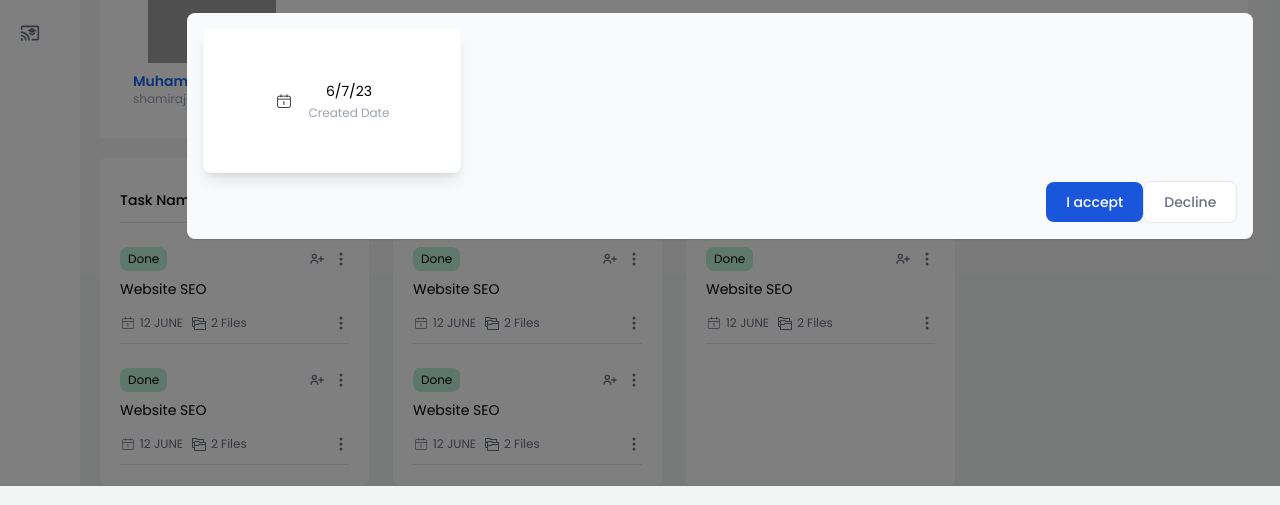
Repository: Shamraiz761/Frontend-Assessment
Page: /, after clicking the first element matching `button.bg-white`
The author's editor kept a copy of each file at every save. The page is drawn from the files as they stood at one save, then again after the next save.
The browser window is 1280 px wide. The pictures show the part of the page from y = 234 to 739 px (the page is 739 px tall).
Pictures or frames that could not be fetched are drawn as grey boxes. The project was rebuilt for these pictures with package versions that can differ from the ones it lists, and the page was loaded fresh each time. Also part of the build but not shown: vite.config.js. Imported but missing from the stored project, and not drawn on this page: src/pages/auth/login.

Above is the page before, as saved 2023-06-09 13:42:46.

### src/main.jsx
import ReactDOM from 'react-dom/client'

import React from 'react'

import App from './App.jsx'
import './index.css'

ReactDOM.createRoot(document.getElementById('root')).render(
  <React.StrictMode>
    <App />
  </React.StrictMode>,
)

### src/App.jsx
import React from 'react'
import { DndProvider } from 'react-dnd'
import { HTML5Backend } from 'react-dnd-html5-backend'
import 'flowbite'

import AppRoutes from './routes'

export default function App() {
  return (
    <DndProvider backend={HTML5Backend}>
      <AppRoutes />
    </DndProvider>
  )
}

### src/index.css
@import url("https://fonts.googleapis.com/css2?family=Poppins:wght@400;500;600;700;800;900&display=swap");

@tailwind base;
@tailwind components;
@tailwind utilities;

* {
  margin: 0;
  padding: 0;
}

body {
  margin: 0;
  font-family: "Poppins", -apple-system, BlinkMacSystemFont, "Segoe UI",
    "Roboto", "Oxygen", "Ubuntu", "Cantarell", "Fira Sans", "Droid Sans",
    "Helvetica Neue", sans-serif;
  -webkit-font-smoothing: antialiased;
  -moz-osx-font-smoothing: grayscale;
  width: 100vw;
  overflow-x: hidden;
  background-color: #f2f5f3;
  /* background: linear-gradient(180deg, #faefe8 0%, #edc7ac 100%); */
}

code {
  font-family: source-code-pro, Menlo, Monaco, Consolas, "Courier New",
    monospace;
}

.pointer-cursor {
  cursor: pointer;
}

.cusBorder {
  border: 1px solid #000;
  border-radius: 5px;
}

img {
  cursor: pointer;
}
.errors {
  color: #dc3545;
  padding: 0;
  margin: 0;
  font-size: 12px;
}
.loader {
  position: fixed;
  top: 0;
  bottom: 0;
  left: 0;
  right: 0;
  background-color: rgba(47, 151, 161, 0.32);

  display: flex;
  justify-content: center;
  align-items: center;
}

.link {
  color: #000;
  cursor: pointer;
  text-decoration: none;
}
.link:hover {
  color: #000;
}

.trans-btn {
  background-color: transparent;
  border: none;
}
.profile-logout-btn {
  border: 0;
}
.profile-logout-btn:hover {
  border: 0;
}
.profile-btn {
  border-radius: 0;
  border: 0;
}
.logout-btn {
  border-radius: 0;
  border: 0;
}
.logout-btn:hover {
  background-color: rgba(220, 53, 69, 0.5);
  border: 0;
  color: #fff;
}
.breadcrumbs ul {
  list-style: none;
  display: inline-block;
}

.breadcrumbs ul li {
  display: inline;
}

.breadcrumbs ul li .bc-link {
  /* display: block; */
  width: max-content;
  background-color: #f8f9fa;
  padding: 6px 15px 6px 25px;
  text-align: center;
  position: relative;
  margin: 0 10px 0 0;
  font-size: 15px;
  text-decoration: none;
  color: #000;
}
.breadcrumbs ul li .bc-link::after {
  content: "";
  border-top: 17px solid transparent;
  border-bottom: 17px solid transparent;
  border-left: 17px solid #f8f9fa;
  position: absolute;
  top: 0;
  right: -17px;
  z-index: 1;
}
.breadcrumbs ul li .bc-link::before {
  content: "";
  border-top: 17px solid transparent;
  border-bottom: 17px solid transparent;
  border-left: 17px solid #71cdd5;
  position: absolute;
  top: 0;
  left: 0;
}
.breadcrumbs ul li:first-child .bc-link {
  border-top-left-radius: 5px;
  border-bottom-left-radius: 5px;
}
.breadcrumbs ul li:first-child .bc-link::before {
  display: none;
}

.breadcrumbs ul li:last-child .bc-link {
  padding-right: 20px;
  border-top-right-radius: 5px;
  border-bottom-right-radius: 5px;
}
.breadcrumbs ul li:last-child .bc-link::after {
  display: none;
}

@media screen and (max-width: 500px) {
  .breadcrumbs ul li .bc-link {
    /* display: block; */
    padding: 2px 2px 2px 13px;
    /* margin: 0 10px 0 0; */
    font-size: 14px;
  }

  .breadcrumbs ul li .bc-link::after {
    content: "";
    border-top: 11.6px solid transparent;
    border-bottom: 11.6px solid transparent;
    border-left: 11.6px solid #f8f9fa;
    position: absolute;
    top: 0;
    right: -11.6px;
    z-index: 1;
  }
  .breadcrumbs ul li .bc-link::before {
    content: "";
    border-top: 11.6px solid transparent;
    border-bottom: 11.6px solid transparent;
    border-left: 11.6px solid #71cdd5;
    position: absolute;
    top: 0;
    left: 0;
  }
  .breadcrumbs ul li:last-child .bc-link {
    padding-right: 5px;
  }
}

@media screen and (max-width: 350px) {
  .breadcrumbs ul li .bc-link {
    /* display: block; */
    padding: 2px 2px 2px 12px;
    /* margin: 0 10px 0 0; */
    font-size: 10px;
  }

  .breadcrumbs ul li .bc-link::after {
    content: "";
    border-top: 9px solid transparent;
    border-bottom: 9px solid transparent;
    border-left: 9px solid #f8f9fa;
    position: absolute;
    top: 0;
    right: -9px;
    z-index: 1;
  }
  .breadcrumbs ul li .bc-link::before {
    content: "";
    border-top: 9px solid transparent;
    border-bottom: 9px solid transparent;
    border-left: 9px solid #edc7ac;
    position: absolute;
    top: 0;
    left: 0;
  }
  .breadcrumbs ul li:last-child .bc-link {
    padding-right: 5px;
  }
}

/* ********************************************** */

### src/routes/index.jsx
import {
  createBrowserRouter,
  createRoutesFromElements,
  RouterProvider,
  Route,
} from "react-router-dom";

import * as React from "react";

import Layout from "./layout";
import Root from "./root";

import Home from "../pages/dashboard";
import Login from "../pages/auth/login";
import Header from "../components/header/index";

export default function AppRoutes() {
  const router = createBrowserRouter(
    createRoutesFromElements(
      <Route path="/" element={<Root />}>
        <Route path="/login" element={<Login />} />

        <Route element={<Layout />}>
          <Route path="/" element={<Home />} />
        </Route>
      </Route>
    )
  );

  return <RouterProvider router={router} />;
}

### src/routes/layout.jsx
import { Link, Outlet, useNavigate } from "react-router-dom";
import { Gi3DGlasses } from "react-icons/gi";
import { CgProfile } from "react-icons/cg";
import { BsArrowLeft, BsFillChatSquareTextFill } from "react-icons/bs";
import { MdOutlineDashboard, MdOutlineCastForEducation } from "react-icons/md";

import React, { useState } from "react";
import Header from "../components/header/index";

export default function Layout() {
  const [open, setOpen] = useState(false);
  const [type, setType] = useState(false);
  const navigate = useNavigate();
  return (
    <div>
      {/* {loading && <LoadingSpinner asOverlay />} */}
      <div
        className={` h-screen bg-white  p-3 ${
          open ? "w-56" : "w-20"
        } fixed top-0 sidebar z-50`}
      >
        {/* Logo */}

        <div className="flex flex-row justify-center">
          <svg
            width="67"
            height="67"
            viewBox="0 0 67 67"
            fill="none"
            xmlns="http://www.w3.org/2000/svg"
            className={` text-4xl block float-left cursor-pointer rounded duration-500 ${
              !open && "rotate-[360deg]"
            }`}
            onClick={() => {
              setOpen(!open);
              setType(false);
            }}
          >
            <path
              d="M22.138 15.2984L30.8759 24.0363C32.3276 25.488 34.7005 25.488 36.1522 24.0363L44.8901 15.2984C47.2351 12.9534 45.588 8.90552 42.238 8.90552H24.7622C21.4401 8.90552 19.7651 12.9534 22.138 15.2984Z"
              fill="#208FF5"
            />
            <path
              d="M22.138 51.7017L30.8759 42.9637C32.3276 41.5121 34.7005 41.5121 36.1522 42.9637L44.8901 51.7017C47.2351 54.0467 45.588 58.0946 42.238 58.0946H24.7622C21.4401 58.0946 19.7651 54.0467 22.138 51.7017Z"
              fill="#208FF5"
            />
            <path
              d="M6.03002 31.9088L12.423 21.8588C13.428 20.2676 15.6614 20.0163 17.0014 21.3563L27.0514 31.4063C28.1959 32.5509 28.1959 34.4213 27.0514 35.5659L17.0014 45.6159C15.6614 46.9559 13.456 46.7047 12.423 45.1134L6.03002 35.0634C5.44377 34.1142 5.44377 32.8859 6.03002 31.9088Z"
              fill="#208FF5"
            />
            <path
              d="M60.9701 31.9088L54.5771 21.8588C53.5721 20.2676 51.3387 20.0163 49.9987 21.3563L39.9488 31.4063C38.8042 32.5509 38.8042 34.4213 39.9488 35.5659L49.9987 45.6159C51.3387 46.9559 53.5442 46.7047 54.5771 45.1134L60.9701 35.0634C61.5563 34.1142 61.5563 32.8859 60.9701 31.9088Z"
              fill="#208FF5"
            />
          </svg>
        </div>

        {/* Search */}

        <ul className="pt-2">
          {/* Dashboard */}
          <Link
            to="/"
            className={` rounded-md text-gray-500  text-xs flex items-center gap-x-4 cursor-pointer hover:bg-gray-50 hover:text-blue-500 py-4 p-2`}
          >
            <span className="text-xl block float-left">
              <MdOutlineDashboard />
            </span>
            <span
              className={` text-sm font-md flex-1
          ${!open && "hidden"}`}
            >
              Marketplace
            </span>
          </Link>

          <Link
            className={` rounded-md text-gray-500  text-xs flex items-center gap-x-4 cursor-pointer hover:bg-gray-50 hover:text-blue-500 py-4 p-2`}
            to="/profile"
          >
            <span className="text-xl block float-left">
              <CgProfile />
            </span>
            <span
              className={` text-xs font-md flex-1
          ${!open && "hidden"}`}
            >
              Profile
            </span>
          </Link>

          {/* Lens */}
          <Link
            className={` rounded-md text-gray-500  text-xs flex items-center gap-x-4 cursor-pointer hover:bg-gray-50 hover:text-blue-500 py-4 p-2`}
            to="/chat"
          >
            <span className="text-lg block float-left">
              <BsFillChatSquareTextFill />
            </span>
            <span
              className={` text-xs font-md flex-1
          ${!open && "hidden"}`}
            >
              Chat
            </span>
          </Link>

          {/* Orders */}
          <Link
            className={` rounded-md text-gray-500  text-xs flex items-center gap-x-4 cursor-pointer hover:bg-gray-50 hover:text-blue-500 py-4 p-2`}
            to="/education"
          >
            <span className="text-xl block float-left">
              <MdOutlineCastForEducation />
            </span>
            <span
              className={` text-xs font-md flex-1
          ${!open && "hidden"}`}
            >
              Education
            </span>
          </Link>
        </ul>
      </div>
      <div className={` ${open ? "ml-56" : "ml-20"}`}>
        <Header />
        <Outlet />
      </div>
    </div>
  );
}

### src/routes/root.jsx
import { Outlet } from 'react-router-dom'

import React from 'react'

export default function Root() {
    return (
        <Outlet />
    )
}

### src/pages/Dashboard/index.jsx
import { AiOutlinePlusCircle } from "react-icons/ai";
import { BsThreeDotsVertical } from "react-icons/bs";
import { CiCalendarDate } from "react-icons/ci";

import React, { useState } from "react";

import "./index.css";
import Profile from "../../components/dashboard/profile";
import Card from "../../components/dashboard/card";

function Home() {
  const [isModalOpen, setIsModalOpen] = useState(false);

  const toggleModal = () => {
    setIsModalOpen(!isModalOpen);
  };

  return (
    <div className="mr-3">
      <Profile />
      <div className="m-5 grid grid-cols-1 sm:grid-cols-2 md:grid-cols-3 lg:grid-cols-4 gap-6 ">
        <div className="bg-white p-5 rounded-md">
          <div className="flex flex-row justify-between py-3 border-b">
            <div className="text-sm font-medium">Task Name</div>
            <div className="flex flex-row text-gray-500">
              <AiOutlinePlusCircle className="mr-2" />
              <BsThreeDotsVertical />
            </div>
          </div>
          <Card />
          <Card />
        </div>
        <div className="bg-white p-5 rounded-md">
          <div className="flex flex-row justify-between py-3 border-b">
            <div className="text-sm font-medium">Task Name</div>
            <div className="flex flex-row text-gray-500">
              <AiOutlinePlusCircle className="mr-2" />
              <BsThreeDotsVertical />
            </div>
          </div>
          <Card />
          <Card />
        </div>
        <div className="bg-white p-5 rounded-md">
          <div className="flex flex-row justify-between py-3 border-b">
            <div className="text-sm font-medium">Task Name</div>
            <div className="flex flex-row text-gray-500">
              <AiOutlinePlusCircle className="mr-2" />
              <BsThreeDotsVertical />
            </div>
          </div>
          <Card />
        </div>

        <div>
          <button
            onClick={toggleModal}
            className="bg-white flex flex-row justify-center text-blue-500 rounded-lg border border-dashed border-blue-500 px-2 py-2 text-sm w-full"
            type="button"
          >
            <AiOutlinePlusCircle className="mr-2 mt-1" />
            <h1>Add List</h1>
          </button>
          {isModalOpen && (
            <div className="fixed  top-0 left-0 right-0 bottom-0 z-50   bg-opacity-50 bg-black">
              <div className="  min-h-screen flex items-center justify-center ">
                <div className="absolute w-10/12 ml-40 bg-slate-50 rounded-lg shadow p-4">
                  <div className="grid grid-cols-4">
                    <div className="col-span-3">
                      <div className="grid grid-cols-1 md:grid-cols-2 lg:grid-cols-3 flex-wrap">
                        <div className="card bg-white rounded-lg shadow-lg">
                          <div className="flex flex-row justify-center items-center h-36 text-sm">
                            <CiCalendarDate className="mr-4 text-lg" />
                            <div>
                              <p className="mb-1 text-center">6/7/23</p>
                              <p className="text-xs font-thin text-gray-400">
                                Created Date
                              </p>
                            </div>
                          </div>
                        </div>
                      </div>
                    </div>
                  </div>
                  <div className="flex items-center justify-end  pt-2">
                    <button
                      onClick={toggleModal}
                      type="button"
                      className="text-white bg-blue-700 hover:bg-blue-800 focus:ring-4 focus:outline-none focus:ring-blue-300 font-medium rounded-lg text-sm px-5 py-2.5"
                    >
                      I accept
                    </button>
                    <button
                      onClick={toggleModal}
                      type="button"
                      className="text-gray-500 bg-white hover:bg-gray-100 focus:ring-4 focus:outline-none focus:ring-blue-300 rounded-lg border border-gray-200 text-sm font-medium px-5 py-2.5 hover:text-gray-900"
                    >
                      Decline
                    </button>
                  </div>
                </div>
              </div>
            </div>
          )}
        </div>
      </div>
    </div>
  );
}
export default Home;

### src/components/header/index.jsx
import { IoIosNotifications } from "react-icons/io";

import React from "react";
import { CgProfile } from "react-icons/cg";

function Header() {
  return (
    <div>
      {/* component */}
      <nav className=" bg-white w-full flex relative justify-between items-center mx-auto px-8 py-4 h-16">
        {/* search bar */}
        <div className="hidden sm:block flex-shrink flex-grow-0 justify-start px-2">
          <div className="inline-block">
            <div className="inline-flex items-center max-w-full">
              <input
                className="flex items-center text-gray-400 bg-slate-50 justify-between  flex-grow-0  relative w-72 border rounded-lg  py-1"
                type="search"
                placeholder="Search"
              />

              <div className="flex items-center justify-center relative  h-8 w-24 rounded-full"></div>
            </div>
          </div>
        </div>

        <div className="flex-initial">
          <div className="flex justify-end items-center relative">
            <div className="block">
              <div className="inline relative sm:flex sm:flex-row sm:justify-center">
                <button
                  type="button"
                  className="inline-flex items-center relative px-2  rounded-full hover:shadow-lg"
                >
                  <IoIosNotifications className="text-gray-400 text-xl" />
                </button>
                <button
                  type="button"
                  className="inline-flex items-center relative px-2  rounded-full hover:shadow-lg"
                >
                  <CgProfile className="text-gray-400 text-xl" />
                </button>
              </div>
            </div>
          </div>
        </div>
        {/* end login */}
      </nav>
    </div>
  );
}

export default Header;

### src/pages/Dashboard/index.css
.dashboard-cover-iamge{
    background: url("../../assets/images/dashboard-back.png");
    background-position: center;
    background-repeat: no-repeat;
    background-size: cover;

}

### src/components/dashboard/profile.jsx
import profile from "../../assets/images/Ellipse 1631.png";

import React from "react";

function Profile() {
  return (
    <div className="m-5  w-[11/12] md:h-72 h-[360px]  bg-white">
      <div className="dashboard-cover-iamge h-[150px]  w-[100%]"></div>
      <div className="grid lg:grid-cols-2 grid-cols-1 md:grid-cols-2 flex-row justify-between flex-wrap">
        <div className="ml-12">
          <img src={profile} className="h-32 w-32 mt-[-65px]  " />
          <h1 className="text-blue-600 font-semibold text-sm ml-[-15px] mt-2">
            Muhammad Shamraiz
          </h1>
          <p className="text-gray-400 text-xs font-thin ml-[-15px]">
            shamirajpoot@gmail.com
          </p>
        </div>
        <div className="grid my-3 grid-cols-2 lg:grid-cols-4 md:justify-end justify-between mx-8 items-center ">
          <button className="btn border  rounded-full w-24 lg:w-28 m-1  px-4 py-2 bg-blue-600 text-sm  text-white">
            Task
          </button>
          <button className="btn border  rounded-full w-24 lg:w-28 m-1 px-4 py-2 bg-gray-300 text-sm  text-gray-800">
            Order
          </button>
          <button className="btn border  rounded-full w-24 lg:w-28  m-1 px-4 py-2 bg-gray-300 text-sm  text-gray-800">
            Submit
          </button>
          <button className="btn border  rounded-full w-24 lg:w-28 m-1 px-4 py-2 bg-gray-300 text-sm  text-gray-800">
            Payment
          </button>
        </div>
      </div>
    </div>
  );
}

export default Profile;

### src/components/dashboard/card.jsx
import { BiUserPlus } from "react-icons/bi";
import { CiCalendarDate } from "react-icons/ci";
import { VscFileSubmodule } from "react-icons/vsc";
import { BsThreeDotsVertical } from "react-icons/bs";

import React from "react";

function Card() {
  return (
    <div className="border-b py-3">
      <div className="flex flex-row justify-between mt-3 ">
        <span className="bg-green-200 px-2 py-1 rounded-lg text-xs font-thin">
          Done
        </span>
        <div className="flex flex-row text-gray-500 mt-1">
          <BiUserPlus className="mr-2 " />
          <BsThreeDotsVertical />
        </div>
      </div>
      <h1 className="text-sm my-2">Website SEO</h1>

      <div className="flex flex-row justify-between mt-3">
        <div className="flex flex-row">
          <div className="flex flex-row text-gray-500 mt-1">
            <CiCalendarDate className="mr-1" />
            <p className="text-xs font-thin text-gray-500 mr-2">12 JUNE</p>
          </div>
          <div className="flex flex-row text-gray-500 mt-1">
            <VscFileSubmodule className="mr-1" />
            <p className="text-xs font-thin text-gray-500 mr-2">2 Files</p>
          </div>
        </div>
        <div className="flex flex-row text-gray-500 mt-1">
          <BsThreeDotsVertical />
        </div>
      </div>
    </div>
  );
}

export default Card;

### tailwind.config.cjs
const colors = require('tailwindcss/colors');
const defaultTheme = require('tailwindcss/defaultTheme');

module.exports = {
  content: ['./src/**/*.{js,jsx,ts,tsx}', "node_modules/flowbite/**/*.js"],
  theme: {
    extend: {
      colors: {
        // set primary color from figma
        // primary: {
        // },
      },
      fontFamily: {
        poppins: ['Poppins', ...defaultTheme.fontFamily.sans],
      },
      fontSize: {
        xxs: '0.5rem',
      },
    },
  },
  plugins: [
    require('flowbite/plugin')
  ],

};

Loaded but not shown: index.html (common file)

After the next save:
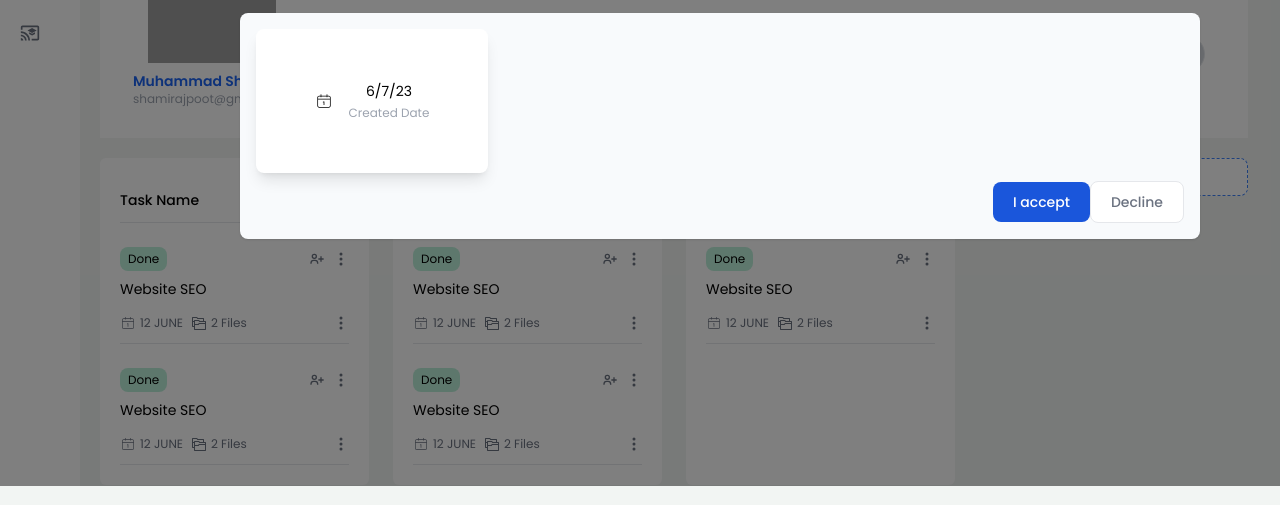
Saved 27 s later.
--- a/src/pages/Dashboard/index.jsx
+++ b/src/pages/Dashboard/index.jsx
@@ -64,7 +64,7 @@ function Home() {
           {isModalOpen && (
             <div className="fixed  top-0 left-0 right-0 bottom-0 z-50   bg-opacity-50 bg-black">
               <div className="  min-h-screen flex items-center justify-center ">
-                <div className="absolute w-10/12 ml-40 bg-slate-50 rounded-lg shadow p-4">
+                <div className="absolute w-9/12 ml-40 bg-slate-50 rounded-lg shadow p-4">
                   <div className="grid grid-cols-4">
                     <div className="col-span-3">
                       <div className="grid grid-cols-1 md:grid-cols-2 lg:grid-cols-3 flex-wrap">
